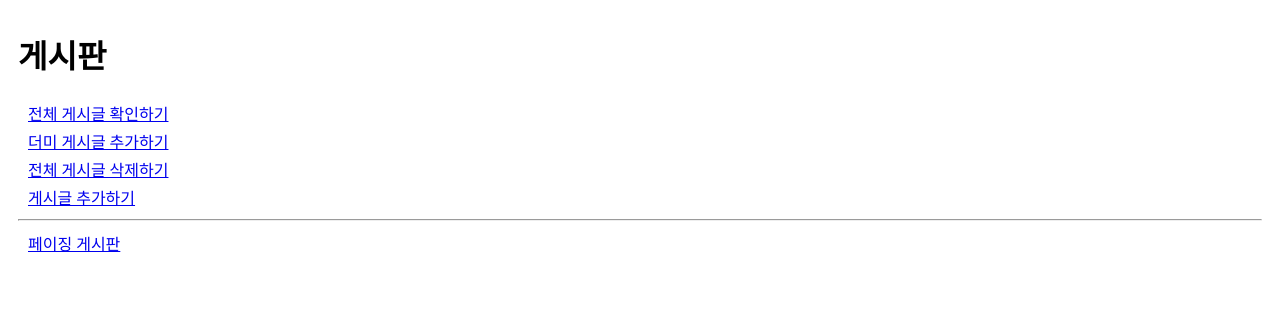
Repository: jjuhye/JSPWorkspace
Page: http://localhost/basic/00_board/_00_main.jsp
The author's editor kept a copy of each file at every save. The page is drawn from the files as they stood at one save, then again after the next save.
The browser window is 1280 px wide. The pictures show the whole page.
The page is served by Tomcat 9. Other server files are loaded and not shown.

Above is the page before, as saved 2023-02-23 09:09:04.

### basic/src/main/webapp/00_board/_00_main.jsp
<%@ page language="java" contentType="text/html; charset=UTF-8"
    pageEncoding="UTF-8"%>
<!DOCTYPE html>
<html>
<head>
<meta charset="UTF-8">
<title>게시판</title>
<link rel="stylesheet" href="./board.css">
<!-- <script type="text/javascript" src="./member.js"></script> -->
</head>
<body>
<div>
	<h1> 게시판 </h1>
    <div><a href=".jsp"> 전체 게시글 확인하기 </a></div>
    <div><a href=".jsp"> 더미 게시글 추가하기 </a></div>
    <div><a href=".jsp"> 전체 게시글 삭제하기 </a></div>
    <div><a href=".jsp"> 게시글 추가하기 </a></div>
    <hr>
    <div><a href=".jsp"> 페이징 게시판 </a></div>
</div>
</body>
</html>

### basic/src/main/webapp/00_board/board.css
@charset "UTF-8";



div{
	padding: 2px 10px;
}

td{
	padding: 2px 10px;
	text-align:center;
}

After the next save:
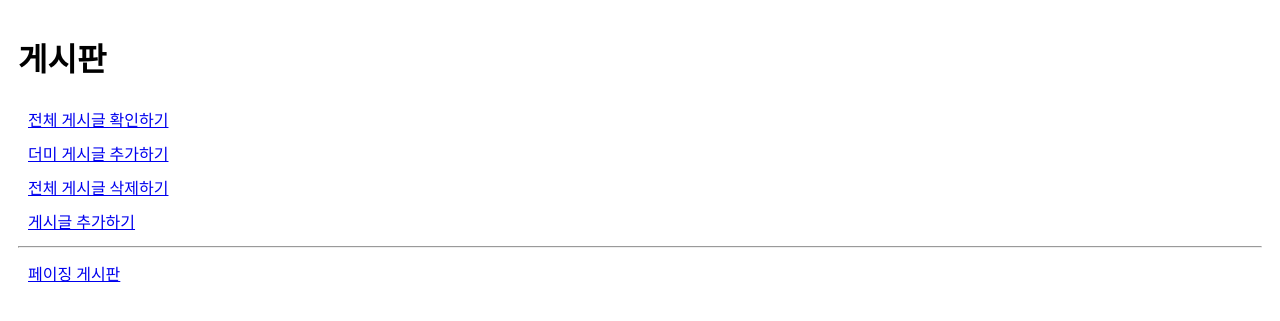
Saved 10 s later.
--- a/basic/src/main/webapp/00_board/board.css
+++ b/basic/src/main/webapp/00_board/board.css
@@ -3,7 +3,7 @@
 
 
 div{
-	padding: 2px 10px;
+	padding: 5px 10px;
 }
 
 td{
